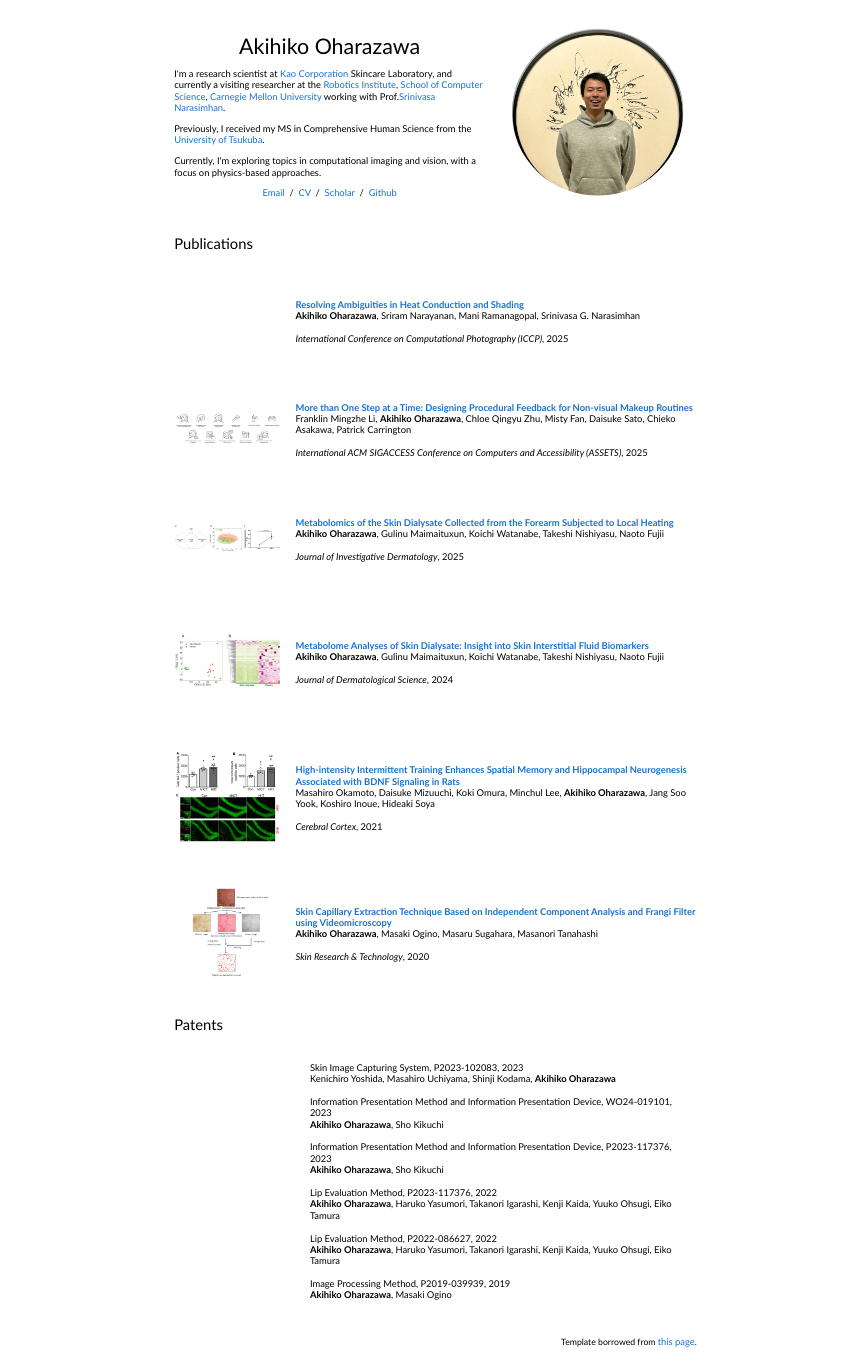
Repository: akihikooharazawa/akihikooharazawa.github.io
Page: index.html
The author's editor kept a copy of each file at every save. The page is drawn from the files as they stood at one save, then again after the next save.
The browser window is 1280 px wide. The pictures show the whole page, at 67% of full size.
Pictures or frames that could not be fetched are drawn as grey boxes.

Above is the page before, as saved 2025-07-25 12:26:45.

After the next save:
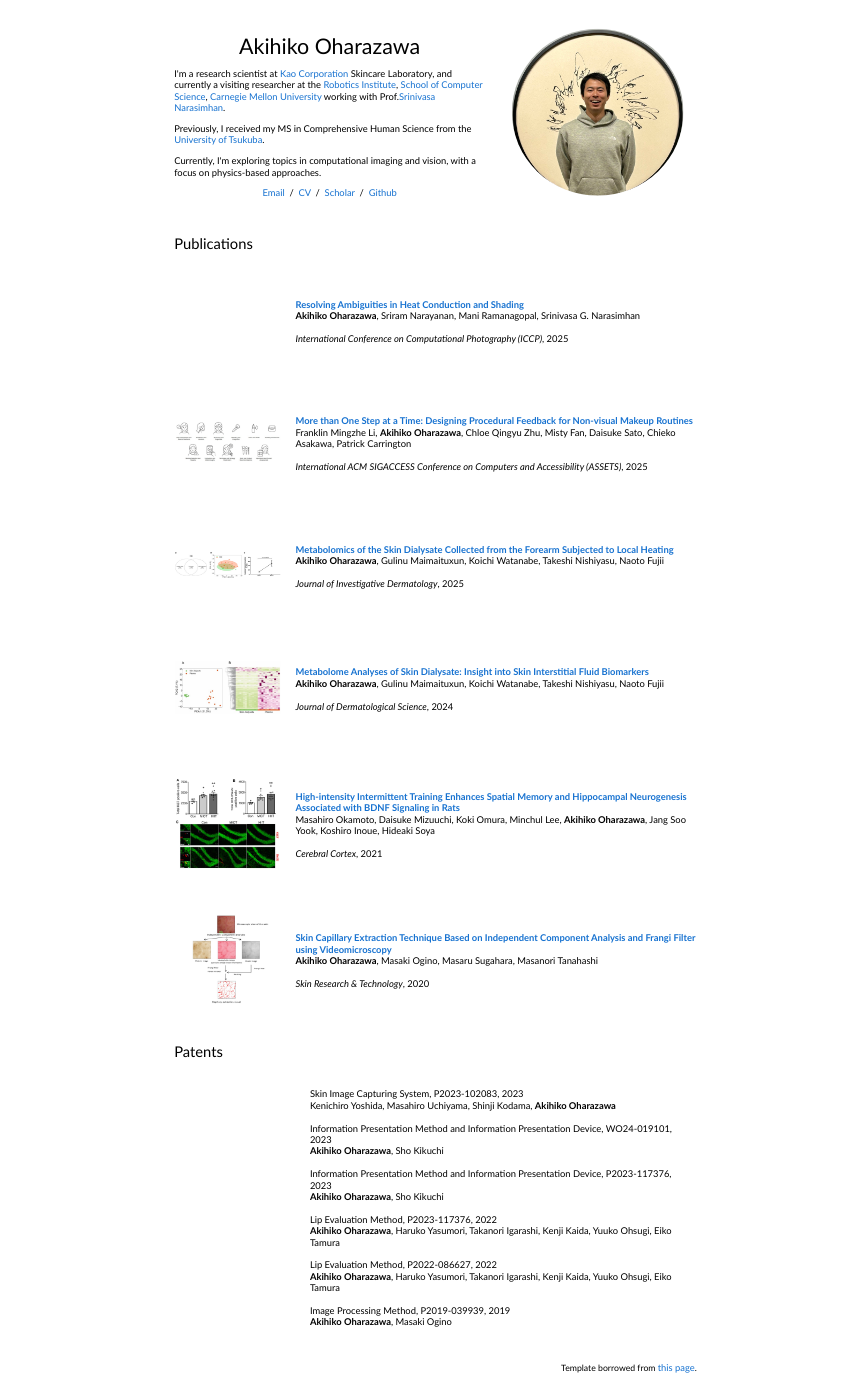
Saved 19 s later.
--- a/index.html
+++ b/index.html
@@ -87,7 +87,7 @@
             <!-- ASSCET 2025 -->
             <tr>
               <td style="padding:20px;width:25%;vertical-align:middle">
-                <img src="static/images/2025ASSETS.png" alt="2025ASSETS.png" width="160" height="120" style="border-style: none">
+                <img src="static/images/2025ASSETS.png" alt="2025ASSETS.png" width="160" height="160" style="border-style: none">
               </td>
               <td width="75%" valign="middle">
                 <a href="https://arxiv.org/abs/2507.03942">
